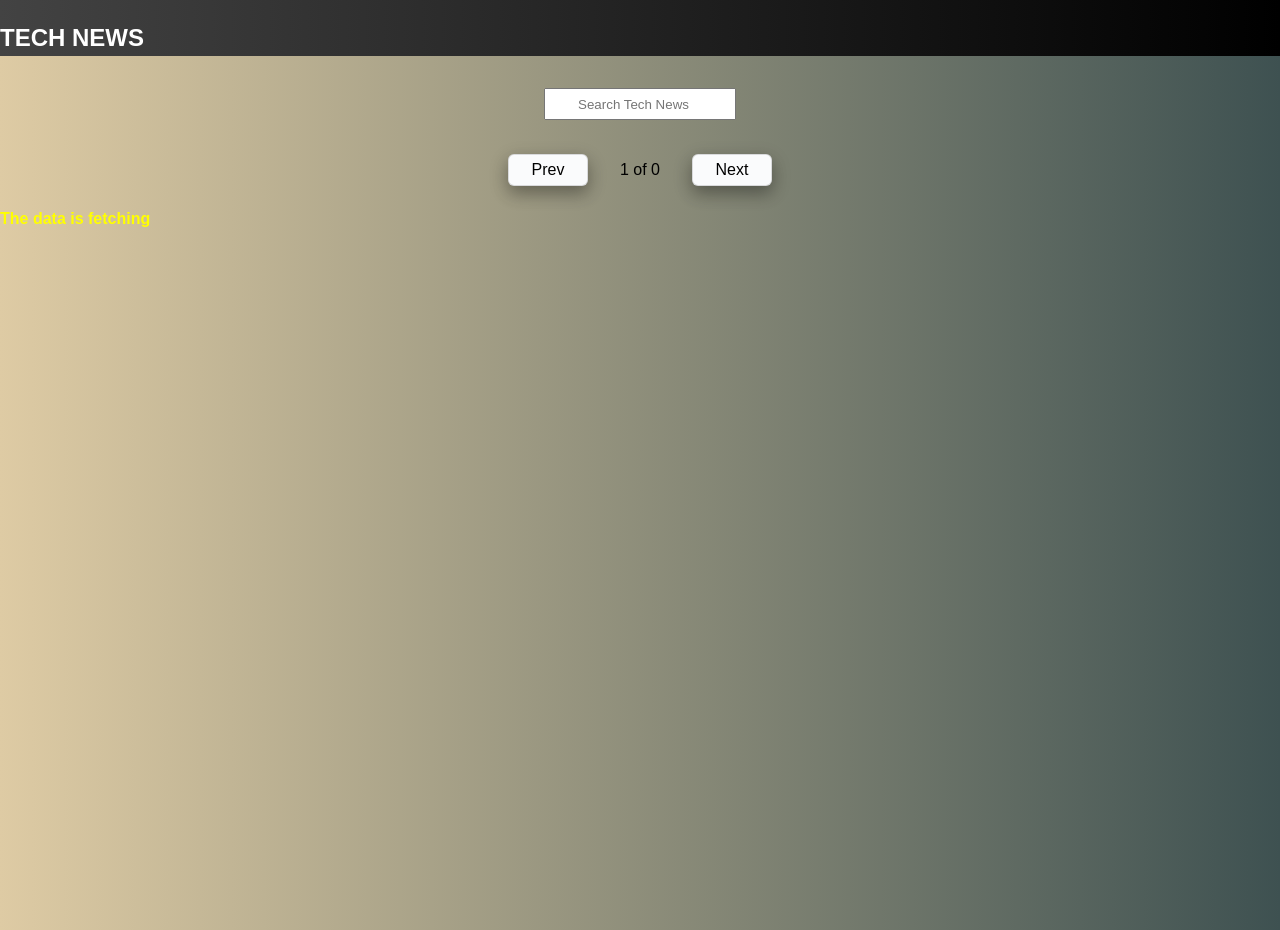
Repository: suraj-yadav7/TechNews
Page: /
These files come from the project's save history. The page is drawn as it stood at one moment and after the next save; the edit follows.
The browser window is 1280 px wide. The pictures show the whole page.
The page's requests for data from a server got no answer. The project was rebuilt for these pictures with package versions that can differ from the ones it lists, and the page was loaded fresh each time. No one was signed in, and anything a server would have sent is missing.

Above is the page before, as saved 2023-04-28 11:00:14.

### src/index.js
import React from 'react';
import ReactDOM from 'react-dom/client';
import App from './App';
import { AppProvider } from './context';

const root = ReactDOM.createRoot(document.getElementById('root'));
root.render(
  <React.StrictMode>
    <AppProvider>
    <App />
    </AppProvider>
  </React.StrictMode>
);

### src/App.js
import './App.css';
import Search from './components/Search';
import Stories from './components/Stories';

function App() {
  return (
      <>
      <Search/>
      <Stories />
      </>
  );
}

export default App;

### src/context.jsx
import {useContext, createContext, useEffect, useReducer} from "react"
import {reducer} from './reducer'

const AppContext = createContext();
let api = "https://hn.algolia.com/api/v1/search?";
const initial = {
    hits:[],
    page:0,
    nbPages:0,
    query:"",
    isLoading:true
}

const AppProvider = ({children})=>{

    const [state, dispatch] = useReducer(reducer, initial)

    const fetchApiData = async(url)=>{
        dispatch({
            type:"loadingData",
        })
        try{
            let fetchApi = await fetch(url)
            let data = await fetchApi.json()
            console.log(data)
            dispatch({
                type:"Get_Update",
                payload:{
                    hitNews:data.hits,
                    pg:data.page,
                    nbPg: data.nbPages
                }
            })
        }
        catch(error){
            console.log(error)
        }
        }

        //removing post
        const removePost = (objectID) =>{
                    dispatch({
                        type:"remove_post",
                        payload: objectID
                    })
        }

    //Search Post
    const searchPost = ((searchVal)=>{
        // searchVal.preventDefault()
        dispatch({
        type:"SEARCH_POST",
        payload: searchVal
        })
    })

    //Previous Page
    const prevPage=()=>{
        dispatch({
            type:"PREV_PAGE"
        })
    }
    const nextPage=()=>{
        dispatch({
            type:"NEXT_PAGE"
        })
    }
    useEffect(()=>{
         fetchApiData(`${api}query=${state.query}&&page=${state.page}`)

    },[state.query, state.page])


    return(
        <AppContext.Provider value= {{...state, removePost, searchPost,prevPage,nextPage}} >{children}</AppContext.Provider>
    )
};

//Custom hook to provide appContext and useContext

const useGlobalContext = ()=>{
    return useContext(AppContext)
}
export {AppContext,AppProvider, useGlobalContext}

### src/App.css
*{
  margin: 0;
  padding: 0;
  box-sizing: border-box;
  font-family:  sans-serif;
}

/* Navbar */
  .navbar{
    width: 100%;
    height: 3.5rem;
    background-image: linear-gradient(to right, #434343 0%, black 100%);
    color:#fff;
  }
  .navbar>h1{
    padding-top:1.5rem ;
  }

/* Search Div*/
.searchMain{
  display: flex;
  flex-direction: column;
  align-items: center;
  justify-content: center;
  gap:10px;
  background-image: linear-gradient(to right, #DECBA4, #3E5151);

}
.searchInput{
  margin-top: 2rem ;
  width: 12rem;
  height: 2rem;
  text-align: center;
}
.pagination{
  margin: 0.5rem 0;
}
.pagination> button{
  width: 5rem;
  height: 2rem;
  font-size: 1rem;
  margin: 1rem 2rem;
  background-color: #FAFBFC;
  border: 1px solid rgba(27, 31, 35, 0.15);
  border-radius: 6px;
  box-shadow: 0 8px 16px 0 rgba(0,0,0,0.2), 0 6px 20px 0 rgba(0,0,0,0.19);
  cursor: pointer;
}
.pagination>button:hover {
  border-color: #646cff;
}


/* Stories */
.parentStory{
  display: flex;
  align-items: center;
  justify-content: center;
  flex-direction: column;
  gap: 1rem;
  background-image: linear-gradient(to right, #DECBA4, #3E5151);


}

.stories{
  width: 50%;
  height: 12rem;
  display: flex;
  background-image: linear-gradient(to right, #434343 0%, black 100%);
  align-items: center;
  justify-content: center;
  flex-direction: column;
  color: white;
  text-align: center;
}
.stories> h3,p{
  margin: 1rem 0;
  /* padding-bottom: 4rem; */
  padding: 0 2rem;
  margin-bottom: 1.2rem;
}
.storiesButton{
  height: 2rem;
  display: flex;
  align-items: center;
  margin:0.5rem ;
}
.storiesButton >button, a>button{
  margin:0 5rem;
  border: 1px solid blue;
  background-color: aliceblue;
  color: black;
  border-radius: 10px;
  height: 2rem;
  width: 6rem;
  text-align:center;
  font-size: medium;
  box-shadow: 0 8px 16px 0 rgba(0,0,0,0.2), 0 6px 20px 0 rgba(0,0,0,0.19);
  cursor: pointer;
}
.storiesButton >button, a>button:hover {
  border-color: #646cff;
}

### src/components/Search.jsx
import React from 'react'
import { useGlobalContext } from '../context'

const Search = () => {
  const { query, searchPost, prevPage, nextPage, nbPages, page } = useGlobalContext()
  return (
    <>
    <nav className='navbar'>
      <h1>TECH NEWS</h1>
    </nav>
      <div className='searchMain'>
        <div className='formContainer'>
          <form onSubmit={(e) => e.preventDefault()}>
            <input className='searchInput' type="search" placeholder='Search Tech News' value={query} onChange={(e) => searchPost(e.target.value)}></input>
          </form>
        </div>
        <div className='pagination'>
          <button onClick={prevPage} >Prev</button>
          <span>{page + 1} of {nbPages}</span>
          <button onClick={nextPage} >Next</button>
        </div>
      </div>
    </>
  )
}

export default Search

### src/components/Stories.jsx
import React from 'react'
import { useGlobalContext } from '../context'

const Stories = () => {
  const { hits, isLoading, removePost } = useGlobalContext()



  if (isLoading) {
    return (
  <div className="Loading" style={{ color:"yellow", height:"100vh",backgroundImage: "linear-gradient(to right, #DECBA4, #3E5151)"}}>
        <h4>The data is fetching</h4>
      </div>
    )
  }
  return (
    <>
      <div className='parentStory'>
        <h2>Latest Tech News</h2>
        {hits?.map((story) => {
          const { objectID } = story
          return (
            <>
              <div className='stories' key={objectID}>
                <h3>{story.title}</h3>
                <p>by <span>{story.author}</span>  | <span>comment: {story.num_comments} </span></p>
                  <div className="storiesButton">
                  <a href={story.url} target='_blank' rel="noreferrer"><button >Read More</button></a>
                  <button onClick={() => removePost(objectID)} >Remove</button>
                </div>
              </div>
            </>)
        })}
      </div>
    </>
  )
}

export default Stories

### src/reducer.jsx

const reducer = (state,action) =>{
    switch(action.type){
        case"loadingData" : return{
            ...state,
            isLoading: true

        } ;
        case "Get_Update":
            return{
                ...state,
                isLoading:false,
                hits:action.payload.hitNews,
                nbPages:action.payload.nbPg
            }

        case "remove_post":
            return{
                ...state, hits: state.hits.filter((post)=> post.objectID !== action.payload)
            }

        case "SEARCH_POST":
            return{
                    ...state, query: action.payload
            }

        case "PREV_PAGE":
            let pageNum=state.page-1
            if(pageNum<=0){
                pageNum=0
            }
            return{
                 ...state,
                    page:pageNum
                }


        case "NEXT_PAGE":
            let pageNum2= state.page+1
            if(pageNum2>=50){
                pageNum2=0
            }

            return{
                ...state,
                page:pageNum2
            }

    }
    return state
}
export {reducer};

Loaded but not shown: public/index.html (common file)

After the next save:
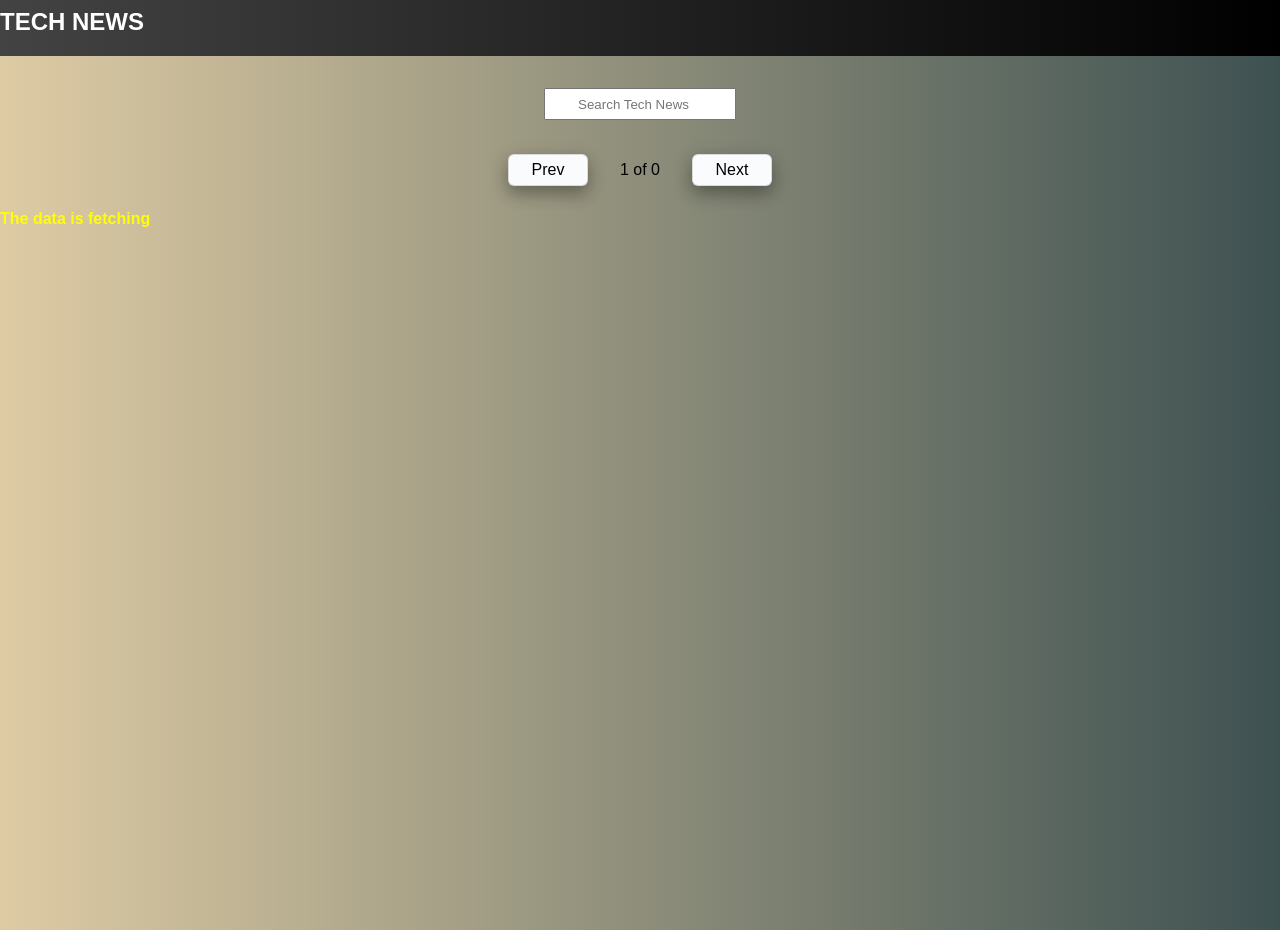
Saved 5 s later.
--- a/src/App.css
+++ b/src/App.css
@@ -13,7 +13,7 @@
     color:#fff;
   }
   .navbar>h1{
-    padding-top:1.5rem ;
+    padding-top:0.5rem ;
   }
 
 /* Search Div*/
